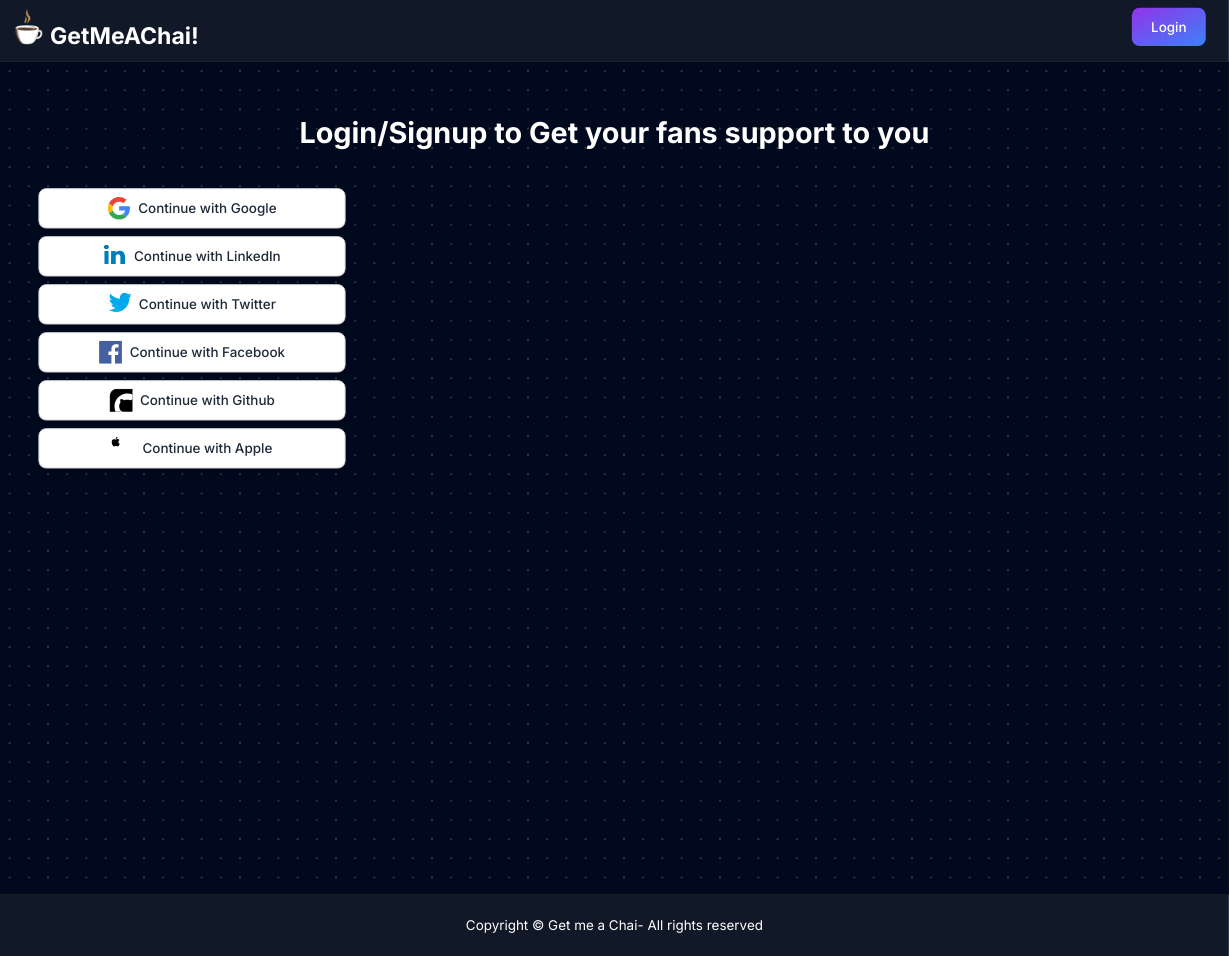
Repository: sarthaktomar579/saharaWorks
Page: /login
These files come from the project's save history. The page is drawn as it stood at one moment and after a run of saves; the edit follows.
The browser window is 1280 px wide. The pictures show the whole page, at 96% of full size.
The project was rebuilt for these pictures with package versions that can differ from the ones it lists, and the page was loaded fresh each time. The framework's server and built-in components were replaced by stand-ins that run in the browser. Also part of the build but not shown: next.config.mjs.

Above is the page before, as saved 2024-08-31 20:53:42.

### app/layout.js
import { Inter } from "next/font/google";
import "./globals.css";
import Navbar from "@/components/Navbar";
import Footer from "@/components/Footer";

const inter = Inter({ subsets: ["latin"] });

export const metadata = {
  title: "Get me a Chai- Fund your projects with a chai",
  description: "This website is a crowd funding platform for creators",
};

export default function RootLayout({ children }) {
  return (
    <html lang="en">
      <body className={inter.className}>
        <Navbar/>
        <div className="min-h-[82.3vh] bg-[#000000] bg-[radial-gradient(#ffffff33_1px,#00091d_1px)] bg-[size:20px_20px]">
        {children}
        </div>
        <Footer/>
      </body>
    </html>
  );
}
{/* <div class="absolute top-0 z-[-2] h-screen w-screen bg-[#000000] bg-[radial-gradient(#ffffff33_1px,#00091d_1px)] bg-[size:20px_20px]"></div> */}

### app/login/page.js
import React from 'react';

const Login = () => {
    return (
        <div className='mx-auto py-14 text-white'>
            <h1 className='text-center text-3xl font-bold'>
                Login/Signup to Get your fans support to you
            </h1>
            <div className="flex flex-col gap-2 min-h-screen p-10">


                <button
                    className="flex items-center justify-center w-80 border bg-white border-gray-300 rounded-lg shadow-md max-w-xs px-6 py-2 text-sm font-medium text-gray-800 hover:bg-gray-200 focus:outline-none focus:ring-2 focus:ring-offset-2 focus:ring-gray-500">
                    <svg className="h-6 w-6 mr-2" xmlns="http://www.w3.org/2000/svg" viewBox="-0.5 0 48 48" version="1.1">

                        <g id="Icons" stroke="none" stroke-width="1" fill="none" fill-rule="evenodd">
                            <g id="Color-" transform="translate(-401.000000, -860.000000)">
                                <g id="Google" transform="translate(401.000000, 860.000000)">
                                    <path
                                        d="M9.82727273,24 C9.82727273,22.4757333 10.0804318,21.0144 10.5322727,19.6437333 L2.62345455,13.6042667 C1.08206818,16.7338667 0.213636364,20.2602667 0.213636364,24 C0.213636364,27.7365333 1.081,31.2608 2.62025,34.3882667 L10.5247955,28.3370667 C10.0772273,26.9728 9.82727273,25.5168 9.82727273,24"
                                        id="Fill-1" fill="#FBBC05"> </path>
                                    <path
                                        d="M23.7136364,10.1333333 C27.025,10.1333333 30.0159091,11.3066667 32.3659091,13.2266667 L39.2022727,6.4 C35.0363636,2.77333333 29.6954545,0.533333333 23.7136364,0.533333333 C14.4268636,0.533333333 6.44540909,5.84426667 2.62345455,13.6042667 L10.5322727,19.6437333 C12.3545909,14.112 17.5491591,10.1333333 23.7136364,10.1333333"
                                        id="Fill-2" fill="#EB4335"> </path>
                                    <path
                                        d="M23.7136364,37.8666667 C17.5491591,37.8666667 12.3545909,33.888 10.5322727,28.3562667 L2.62345455,34.3946667 C6.44540909,42.1557333 14.4268636,47.4666667 23.7136364,47.4666667 C29.4455,47.4666667 34.9177955,45.4314667 39.0249545,41.6181333 L31.5177727,35.8144 C29.3995682,37.1488 26.7323182,37.8666667 23.7136364,37.8666667"
                                        id="Fill-3" fill="#34A853"> </path>
                                    <path
                                        d="M46.1454545,24 C46.1454545,22.6133333 45.9318182,21.12 45.6113636,19.7333333 L23.7136364,19.7333333 L23.7136364,28.8 L36.3181818,28.8 C35.6879545,31.8912 33.9724545,34.2677333 31.5177727,35.8144 L39.0249545,41.6181333 C43.3393409,37.6138667 46.1454545,31.6490667 46.1454545,24"
                                        id="Fill-4" fill="#4285F4"> </path>
                                </g>
                            </g>
                        </g>
                    </svg>
                    <span>Continue with Google</span>
                </button>


                <button
                    className="flex items-center justify-center  border bg-white border-gray-300 rounded-lg shadow-md max-w-xs px-6 py-2 text-sm font-medium text-gray-800 hover:bg-gray-200 focus:outline-none focus:ring-2 focus:ring-offset-2 focus:ring-gray-500">
                    <svg className="h-6 w-6 mr-2" xmlns="http://www.w3.org/2000/svg" viewBox="-0.5 0 48 48" version="1.1">
                        <g id="Icons" stroke="none" stroke-width="1" fill="none" fill-rule="evenodd">
                            <g id="Color-" transform="translate(-702.000000, -265.000000)" fill="#007EBB">
                                <path
                                    d="M746,305 L736.2754,305 L736.2754,290.9384 C736.2754,287.257796 734.754233,284.74515 731.409219,284.74515 C728.850659,284.74515 727.427799,286.440738 726.765522,288.074854 C726.517168,288.661395 726.555974,289.478453 726.555974,290.295511 L726.555974,305 L716.921919,305 C716.921919,305 717.046096,280.091247 716.921919,277.827047 L726.555974,277.827047 L726.555974,282.091631 C727.125118,280.226996 730.203669,277.565794 735.116416,277.565794 C741.21143,277.565794 746,281.474355 746,289.890824 L746,305 L746,305 Z M707.17921,274.428187 L707.117121,274.428187 C704.0127,274.428187 702,272.350964 702,269.717936 C702,267.033681 704.072201,265 707.238711,265 C710.402634,265 712.348071,267.028559 712.41016,269.710252 C712.41016,272.34328 710.402634,274.428187 707.17921,274.428187 L707.17921,274.428187 L707.17921,274.428187 Z M703.109831,277.827047 L711.685795,277.827047 L711.685795,305 L703.109831,305 L703.109831,277.827047 L703.109831,277.827047 Z"
                                    id="LinkedIn">

                                </path>
                            </g>
                        </g>
                    </svg> <span>Continue with LinkedIn</span>
                </button>


                <button
                    className="flex items-center justify-center  border bg-white border-gray-300 rounded-lg shadow-md max-w-xs px-6 py-2 text-sm font-medium text-gray-800 hover:bg-gray-200 focus:outline-none focus:ring-2 focus:ring-offset-2 focus:ring-gray-500">
                    <svg className="h-6 w-6 mr-2" xmlns="http://www.w3.org/2000/svg" viewBox="-0.5 0 48 48" version="1.1">
                        <g id="Icons" stroke="none" stroke-width="1" fill="none" fill-rule="evenodd">
                            <g id="Color-" transform="translate(-300.000000, -164.000000)" fill="#00AAEC">
                                <path
                                    d="M348,168.735283 C346.236309,169.538462 344.337383,170.081618 342.345483,170.324305 C344.379644,169.076201 345.940482,167.097147 346.675823,164.739617 C344.771263,165.895269 342.666667,166.736006 340.418384,167.18671 C338.626519,165.224991 336.065504,164 333.231203,164 C327.796443,164 323.387216,168.521488 323.387216,174.097508 C323.387216,174.88913 323.471738,175.657638 323.640782,176.397255 C315.456242,175.975442 308.201444,171.959552 303.341433,165.843265 C302.493397,167.339834 302.008804,169.076201 302.008804,170.925244 C302.008804,174.426869 303.747139,177.518238 306.389857,179.329722 C304.778306,179.280607 303.256911,178.821235 301.9271,178.070061 L301.9271,178.194294 C301.9271,183.08848 305.322064,187.17082 309.8299,188.095341 C309.004402,188.33225 308.133826,188.450704 307.235077,188.450704 C306.601162,188.450704 305.981335,188.390033 305.381229,188.271578 C306.634971,192.28169 310.269414,195.2026 314.580032,195.280607 C311.210424,197.99061 306.961789,199.605634 302.349709,199.605634 C301.555203,199.605634 300.769149,199.559408 300,199.466956 C304.358514,202.327194 309.53689,204 315.095615,204 C333.211481,204 343.114633,188.615385 343.114633,175.270495 C343.114633,174.831347 343.106181,174.392199 343.089276,173.961719 C345.013559,172.537378 346.684275,170.760563 348,168.735283"
                                    id="Twitter">

                                </path>
                            </g>
                        </g>
                    </svg>

                    <span>Continue with Twitter</span>
                </button>


                <button
                    className="flex items-center justify-center  border bg-white border-gray-300 rounded-lg shadow-md max-w-xs px-6 py-2 text-sm font-medium text-gray-800 hover:bg-gray-200 focus:outline-none focus:ring-2 focus:ring-offset-2 focus:ring-gray-500">
                   <svg className="h-6 w-6 mr-2" xmlns="http://www.w3.org/2000/svg" viewBox="-0.5 0 48 48" version="1.1">
                        <g id="Icons" stroke="none" stroke-width="1" fill="none" fill-rule="evenodd">
                            <g id="Color-" transform="translate(-200.000000, -160.000000)" fill="#4460A0">
                                <path
                                    d="M225.638355,208 L202.649232,208 C201.185673,208 200,206.813592 200,205.350603 L200,162.649211 C200,161.18585 201.185859,160 202.649232,160 L245.350955,160 C246.813955,160 248,161.18585 248,162.649211 L248,205.350603 C248,206.813778 246.813769,208 245.350955,208 L233.119305,208 L233.119305,189.411755 L239.358521,189.411755 L240.292755,182.167586 L233.119305,182.167586 L233.119305,177.542641 C233.119305,175.445287 233.701712,174.01601 236.70929,174.01601 L240.545311,174.014333 L240.545311,167.535091 C239.881886,167.446808 237.604784,167.24957 234.955552,167.24957 C229.424834,167.24957 225.638355,170.625526 225.638355,176.825209 L225.638355,182.167586 L219.383122,182.167586 L219.383122,189.411755 L225.638355,189.411755 L225.638355,208 L225.638355,208 Z"
                                    id="Facebook">

                                </path>
                            </g>
                        </g>
                    </svg>

                    <span>Continue with Facebook</span>
                </button>


                <button
                    className="flex items-center justify-center  border bg-white border-gray-300 rounded-lg shadow-md max-w-xs px-6 py-2 text-sm font-medium text-gray-800 hover:bg-gray-200 focus:outline-none focus:ring-2 focus:ring-offset-2 focus:ring-gray-500">
                   <svg className="h-6 w-6 mr-2" xmlns="http://www.w3.org/2000/svg" viewBox="-0.5 0 48 48" version="1.1">
                        <g id="team-collaboration/version-control/github" stroke="none" stroke-width="1" fill="none"
                            fill-rule="evenodd">
                            <g id="container" transform="translate(2.000000, 2.000000)" fill-rule="nonzero">
                                <rect id="mask" stroke="#000000" stroke-width="2" fill="#000000" x="-1"
                                    y="-1" width="71" height="71" rx="14">

                                </rect>
                                <path
                                    d="M58.3067362,21.4281798 C55.895743,17.2972267 52.6253846,14.0267453 48.4948004,11.615998 C44.3636013,9.20512774 39.8535636,8 34.9614901,8 C30.0700314,8 25.5585181,9.20549662 21.4281798,11.615998 C17.2972267,14.0266224 14.0269912,17.2972267 11.615998,21.4281798 C9.20537366,25.5590099 8,30.0699084 8,34.9607523 C8,40.8357654 9.71405782,46.1187277 13.1430342,50.8109917 C16.5716416,55.5036246 21.0008949,58.7507436 26.4304251,60.5527176 C27.0624378,60.6700211 27.5302994,60.5875152 27.8345016,60.3072901 C28.1388268,60.0266961 28.290805,59.6752774 28.290805,59.2545094 C28.290805,59.1842994 28.2847799,58.5526556 28.2730988,57.3588401 C28.2610487,56.1650247 28.2553926,55.1235563 28.2553926,54.2349267 L27.4479164,54.3746089 C26.9330843,54.468919 26.2836113,54.5088809 25.4994975,54.4975686 C24.7157525,54.4866252 23.9021284,54.4044881 23.0597317,54.2517722 C22.2169661,54.1004088 21.4330982,53.749359 20.7075131,53.1993604 C19.982297,52.6493618 19.4674649,51.9294329 19.1631397,51.0406804 L18.8120898,50.2328353 C18.5780976,49.6950097 18.2097104,49.0975487 17.7064365,48.4426655 C17.2031625,47.7871675 16.6942324,47.3427912 16.1794003,47.108799 L15.9336039,46.9328437 C15.7698216,46.815909 15.6178435,46.6748743 15.4773006,46.511215 C15.3368806,46.3475556 15.2317501,46.1837734 15.1615401,46.0197452 C15.0912072,45.855594 15.1494901,45.7209532 15.3370036,45.6153308 C15.5245171,45.5097084 15.8633939,45.4584343 16.3551097,45.4584343 L17.0569635,45.5633189 C17.5250709,45.6571371 18.104088,45.9373622 18.7947525,46.4057156 C19.4850481,46.8737001 20.052507,47.4821045 20.4972521,48.230683 C21.0358155,49.1905062 21.6846737,49.9218703 22.4456711,50.4251443 C23.2060537,50.9284182 23.9727072,51.1796248 24.744894,51.1796248 C25.5170807,51.1796248 26.1840139,51.121096 26.7459396,51.0046532 C27.3072505,50.8875956 27.8338868,50.7116403 28.3256025,50.477771 C28.5362325,48.9090515 29.1097164,47.7039238 30.0455624,46.8615271 C28.7116959,46.721353 27.5124702,46.5102313 26.4472706,46.2295144 C25.3826858,45.9484285 24.2825656,45.4922482 23.1476478,44.8597436 C22.0121153,44.2280998 21.0701212,43.44374 20.3214198,42.5080169 C19.5725954,41.571802 18.9580429,40.3426971 18.4786232,38.821809 C17.9989575,37.300306 17.7590632,35.5451796 17.7590632,33.5559381 C17.7590632,30.7235621 18.6837199,28.3133066 20.5326645,26.3238191 C19.6665366,24.1944035 19.7483048,21.8072644 20.778215,19.1626478 C21.4569523,18.951772 22.4635002,19.1100211 23.7973667,19.6364115 C25.1314792,20.1630477 26.1082708,20.6141868 26.7287253,20.9882301 C27.3491798,21.3621504 27.8463057,21.6790175 28.2208409,21.9360032 C30.3978419,21.3277217 32.644438,21.0235195 34.9612442,21.0235195 C37.2780503,21.0235195 39.5251383,21.3277217 41.7022622,21.9360032 L43.0362517,21.0938524 C43.9484895,20.5319267 45.0257392,20.0169716 46.2654186,19.5488642 C47.5058357,19.0810026 48.4543466,18.9521409 49.1099676,19.1630167 C50.1627483,21.8077563 50.2565666,24.1947724 49.3901927,26.324188 C51.2390143,28.3136755 52.1640399,30.7245457 52.1640399,33.556307 C52.1640399,35.5455485 51.9232849,37.3062081 51.444357,38.8393922 C50.9648143,40.3728223 50.3449746,41.6006975 49.5845919,42.5256002 C48.8233486,43.4503799 47.8753296,44.2285916 46.7404118,44.8601125 C45.6052481,45.4921252 44.504759,45.9483056 43.4401742,46.2293914 C42.3750975,46.5104772 41.1758719,46.7217219 39.8420054,46.8621419 C41.0585683,47.9149226 41.6669728,49.5767225 41.6669728,51.846804 L41.6669728,59.2535257 C41.6669728,59.6742937 41.8132948,60.0255895 42.1061847,60.3063064 C42.3987058,60.5865315 42.8606653,60.6690374 43.492678,60.5516109 C48.922946,58.7498829 53.3521992,55.5026409 56.7806837,50.810008 C60.2087994,46.117744 61.923472,40.8347817 61.923472,34.9597686 C61.9222424,30.0695396 60.7162539,25.5590099 58.3067362,21.4281798 Z"
                                    id="Shape" fill="#FFFFFF">

                                </path>
                            </g>
                        </g>
                    </svg>

                    <span>Continue with Github</span>
                </button>


                <button
                    className="flex items-center justify-center  border bg-white border-gray-300 rounded-lg shadow-md max-w-xs px-6 py-2 text-sm font-medium text-gray-800 hover:bg-gray-200 focus:outline-none focus:ring-2 focus:ring-offset-2 focus:ring-gray-500">
                   <svg className="h-6 w-6 mr-2" xmlns="http://www.w3.org/2000/svg" viewBox="-0.5 0 48 48" version="1.1">
                        <g id="Page-1" stroke="none" stroke-width="1" fill="none" fill-rule="evenodd">
                            <g id="Dribbble-Light-Preview" transform="translate(-102.000000, -7439.000000)" fill="#000000">
                                <g id="icons" transform="translate(56.000000, 160.000000)">
                                    <path
                                        d="M57.5708873,7282.19296 C58.2999598,7281.34797 58.7914012,7280.17098 58.6569121,7279 C57.6062792,7279.04 56.3352055,7279.67099 55.5818643,7280.51498 C54.905374,7281.26397 54.3148354,7282.46095 54.4735932,7283.60894 C55.6455696,7283.69593 56.8418148,7283.03894 57.5708873,7282.19296 M60.1989864,7289.62485 C60.2283111,7292.65181 62.9696641,7293.65879 63,7293.67179 C62.9777537,7293.74279 62.562152,7295.10677 61.5560117,7296.51675 C60.6853718,7297.73474 59.7823735,7298.94772 58.3596204,7298.97372 C56.9621472,7298.99872 56.5121648,7298.17973 54.9134635,7298.17973 C53.3157735,7298.17973 52.8162425,7298.94772 51.4935978,7298.99872 C50.1203933,7299.04772 49.0738052,7297.68074 48.197098,7296.46676 C46.4032359,7293.98379 45.0330649,7289.44985 46.8734421,7286.3899 C47.7875635,7284.87092 49.4206455,7283.90793 51.1942837,7283.88393 C52.5422083,7283.85893 53.8153044,7284.75292 54.6394294,7284.75292 C55.4635543,7284.75292 57.0106846,7283.67793 58.6366882,7283.83593 C59.3172232,7283.86293 61.2283842,7284.09893 62.4549652,7285.8199 C62.355868,7285.8789 60.1747177,7287.09489 60.1989864,7289.62485"
                                        id="apple-[#173]">

                                    </path>
                                </g>
                            </g>
                        </g>
                    </svg>

                    <span>Continue with Apple</span>
                </button>


            </div>
        </div>
    );
};

export default Login;

### components/Footer.js
import React from 'react'

const Footer = () => {
  return (
    <footer className='bg-gray-900 text-sm text-white flex justify-center items-center px-4 h-16'>
      <p className='text-center'>Copyright &copy; Get me a Chai- All rights reserved</p>
    </footer>
  )
}

export default Footer

Loaded but not shown: app/globals.css (common file); tailwind.config.js (common file); components/Navbar.js (30 lines, source omitted)

After the next 2 saves:
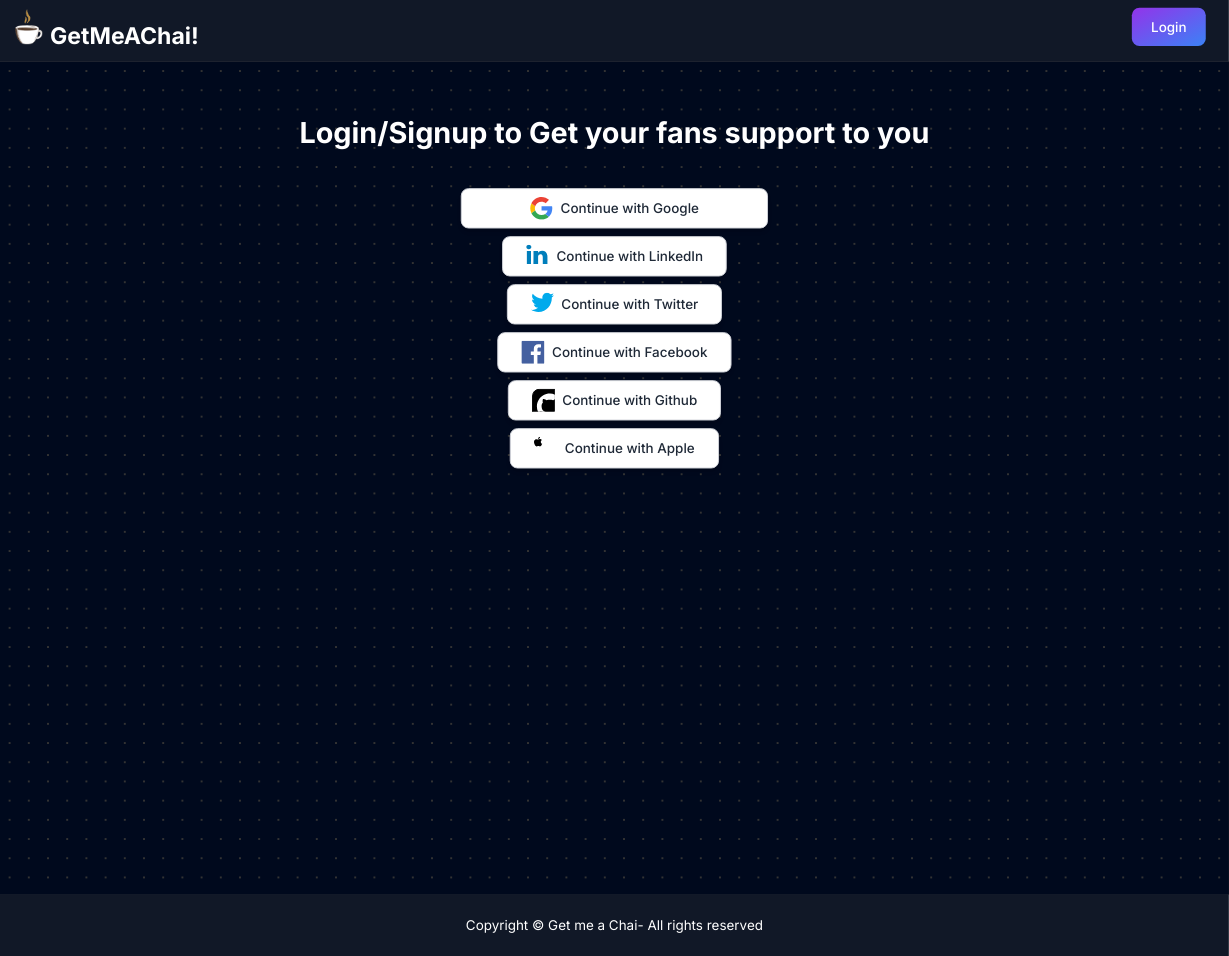
The 2 saves are shown as one change because they came seconds apart.
The last was saved 17 s later.
--- a/app/login/page.js
+++ b/app/login/page.js
@@ -10,7 +10,7 @@
 
 
                 <button
-                    className="flex items-center justify-center w-80 border bg-white border-gray-300 rounded-lg shadow-md max-w-xs px-6 py-2 text-sm font-medium text-gray-800 hover:bg-gray-200 focus:outline-none focus:ring-2 focus:ring-offset-2 focus:ring-gray-500">
+                    className="mx-auto flex items-center justify-center w-80 border bg-white border-gray-300 rounded-lg shadow-md max-w-xs px-6 py-2 text-sm font-medium text-gray-800 hover:bg-gray-200 focus:outline-none focus:ring-2 focus:ring-offset-2 focus:ring-gray-500">
                     <svg className="h-6 w-6 mr-2" xmlns="http://www.w3.org/2000/svg" viewBox="-0.5 0 48 48" version="1.1">
 
                         <g id="Icons" stroke="none" stroke-width="1" fill="none" fill-rule="evenodd">
@@ -37,7 +37,7 @@
 
 
                 <button
-                    className="flex items-center justify-center  border bg-white border-gray-300 rounded-lg shadow-md max-w-xs px-6 py-2 text-sm font-medium text-gray-800 hover:bg-gray-200 focus:outline-none focus:ring-2 focus:ring-offset-2 focus:ring-gray-500">
+                    className="mx-auto flex items-center justify-center  border bg-white border-gray-300 rounded-lg shadow-md max-w-xs px-6 py-2 text-sm font-medium text-gray-800 hover:bg-gray-200 focus:outline-none focus:ring-2 focus:ring-offset-2 focus:ring-gray-500">
                     <svg className="h-6 w-6 mr-2" xmlns="http://www.w3.org/2000/svg" viewBox="-0.5 0 48 48" version="1.1">
                         <g id="Icons" stroke="none" stroke-width="1" fill="none" fill-rule="evenodd">
                             <g id="Color-" transform="translate(-702.000000, -265.000000)" fill="#007EBB">
@@ -53,7 +53,7 @@
 
 
                 <button
-                    className="flex items-center justify-center  border bg-white border-gray-300 rounded-lg shadow-md max-w-xs px-6 py-2 text-sm font-medium text-gray-800 hover:bg-gray-200 focus:outline-none focus:ring-2 focus:ring-offset-2 focus:ring-gray-500">
+                    className="mx-auto flex items-center justify-center  border bg-white border-gray-300 rounded-lg shadow-md max-w-xs px-6 py-2 text-sm font-medium text-gray-800 hover:bg-gray-200 focus:outline-none focus:ring-2 focus:ring-offset-2 focus:ring-gray-500">
                     <svg className="h-6 w-6 mr-2" xmlns="http://www.w3.org/2000/svg" viewBox="-0.5 0 48 48" version="1.1">
                         <g id="Icons" stroke="none" stroke-width="1" fill="none" fill-rule="evenodd">
                             <g id="Color-" transform="translate(-300.000000, -164.000000)" fill="#00AAEC">
@@ -71,7 +71,7 @@
 
 
                 <button
-                    className="flex items-center justify-center  border bg-white border-gray-300 rounded-lg shadow-md max-w-xs px-6 py-2 text-sm font-medium text-gray-800 hover:bg-gray-200 focus:outline-none focus:ring-2 focus:ring-offset-2 focus:ring-gray-500">
+                    className="mx-auto flex items-center justify-center  border bg-white border-gray-300 rounded-lg shadow-md max-w-xs px-6 py-2 text-sm font-medium text-gray-800 hover:bg-gray-200 focus:outline-none focus:ring-2 focus:ring-offset-2 focus:ring-gray-500">
                    <svg className="h-6 w-6 mr-2" xmlns="http://www.w3.org/2000/svg" viewBox="-0.5 0 48 48" version="1.1">
                         <g id="Icons" stroke="none" stroke-width="1" fill="none" fill-rule="evenodd">
                             <g id="Color-" transform="translate(-200.000000, -160.000000)" fill="#4460A0">
@@ -89,7 +89,7 @@
 
 
                 <button
-                    className="flex items-center justify-center  border bg-white border-gray-300 rounded-lg shadow-md max-w-xs px-6 py-2 text-sm font-medium text-gray-800 hover:bg-gray-200 focus:outline-none focus:ring-2 focus:ring-offset-2 focus:ring-gray-500">
+                    className="mx-auto flex items-center justify-center  border bg-white border-gray-300 rounded-lg shadow-md max-w-xs px-6 py-2 text-sm font-medium text-gray-800 hover:bg-gray-200 focus:outline-none focus:ring-2 focus:ring-offset-2 focus:ring-gray-500">
                    <svg className="h-6 w-6 mr-2" xmlns="http://www.w3.org/2000/svg" viewBox="-0.5 0 48 48" version="1.1">
                         <g id="team-collaboration/version-control/github" stroke="none" stroke-width="1" fill="none"
                             fill-rule="evenodd">
@@ -112,7 +112,7 @@
 
 
                 <button
-                    className="flex items-center justify-center  border bg-white border-gray-300 rounded-lg shadow-md max-w-xs px-6 py-2 text-sm font-medium text-gray-800 hover:bg-gray-200 focus:outline-none focus:ring-2 focus:ring-offset-2 focus:ring-gray-500">
+                    className="mx-auto flex items-center justify-center  border bg-white border-gray-300 rounded-lg shadow-md max-w-xs px-6 py-2 text-sm font-medium text-gray-800 hover:bg-gray-200 focus:outline-none focus:ring-2 focus:ring-offset-2 focus:ring-gray-500">
                    <svg className="h-6 w-6 mr-2" xmlns="http://www.w3.org/2000/svg" viewBox="-0.5 0 48 48" version="1.1">
                         <g id="Page-1" stroke="none" stroke-width="1" fill="none" fill-rule="evenodd">
                             <g id="Dribbble-Light-Preview" transform="translate(-102.000000, -7439.000000)" fill="#000000">
